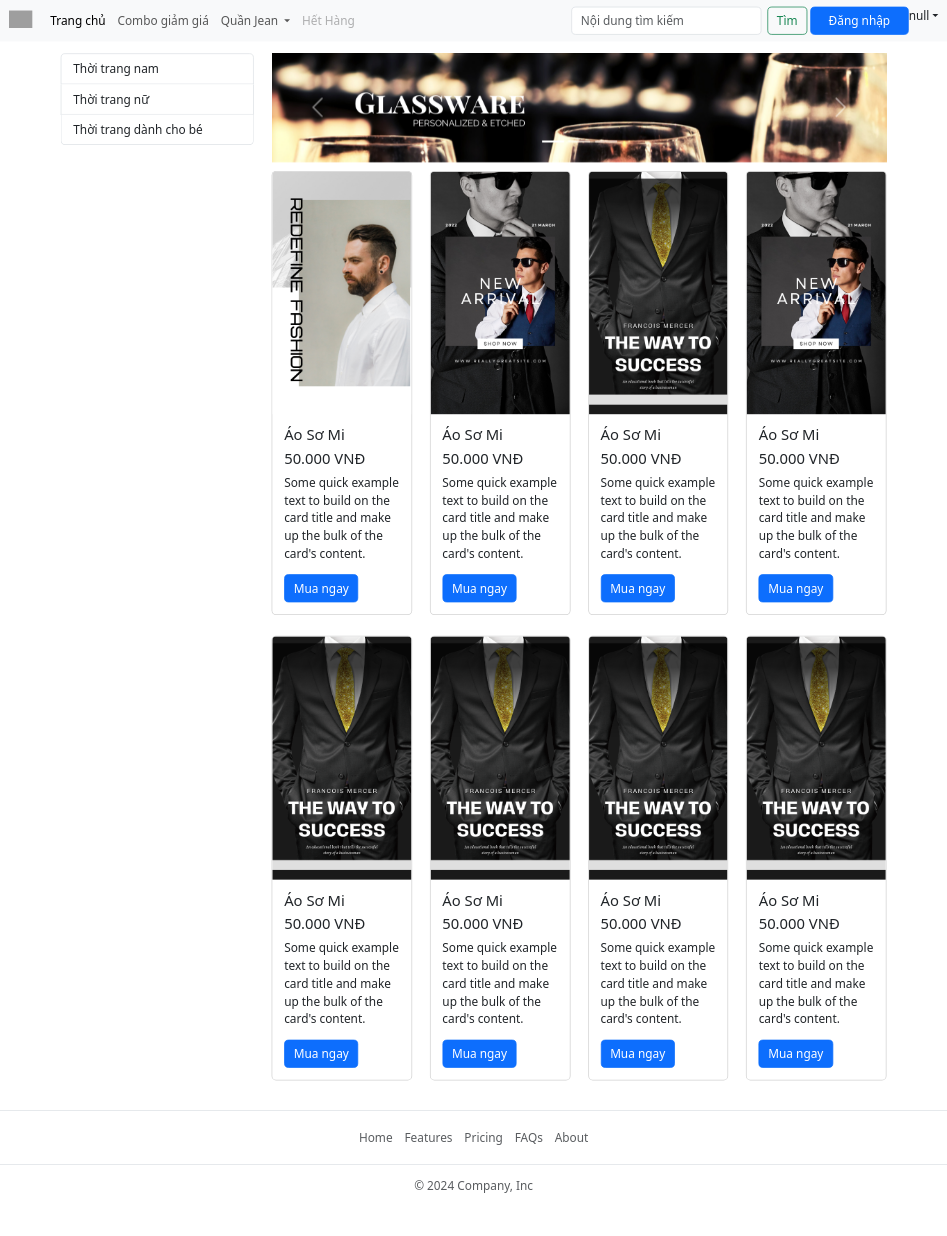
Repository: wuubangdev/bookstore-servlet-jsp
Page: http://localhost/Bai32_WebBanSach_/
These files come from the project's save history. The page is drawn as it stood at one moment and after a run of saves; the edit follows.
The browser window is 1280 px wide. The pictures show the whole page, at 74% of full size.
Pictures or frames that could not be fetched are drawn as grey boxes. The page is served by Tomcat 9. Other server files are loaded and not shown.

Above is the page before, as saved 2024-03-24 10:26:25.

### Bai32_WebBanSach_/src/main/webapp/index.jsp
<%@ page language="java" contentType="text/html; charset=UTF-8"
    pageEncoding="UTF-8"%>
<!DOCTYPE html>
<html>
<head>
<meta charset="UTF-8">
<meta name="viewport" content="width=device-width, initial-scale=1">
<title>BookStrore</title>
<link
	href="https://cdn.jsdelivr.net/npm/bootstrap@5.3.3/dist/css/bootstrap.min.css"
	rel="stylesheet"
	integrity="sha384-QWTKZyjpPEjISv5WaRU9OFeRpok6YctnYmDr5pNlyT2bRjXh0JMhjY6hW+ALEwIH"
	crossorigin="anonymous">
<script
	src="https://cdn.jsdelivr.net/npm/bootstrap@5.3.3/dist/js/bootstrap.bundle.min.js"
	integrity="sha384-YvpcrYf0tY3lHB60NNkmXc5s9fDVZLESaAA55NDzOxhy9GkcIdslK1eN7N6jIeHz"
	crossorigin="anonymous">
</script>
</head>
<body>
	<!-- Navbar -->
	<nav class="navbar navbar-expand-lg bg-body-tertiary">
		<div class="container-fluid">
			<a class="navbar-brand" href="#"> <img
				src="https://titv.vn/wp-content/uploads/2023/10/Screenshot-2023-01-29-230321.png"
				alt="Logo" height="24" class="d-inline-block align-text-top">
			</a>
			<button class="navbar-toggler" type="button"
				data-bs-toggle="collapse" data-bs-target="#navbarSupportedContent"
				aria-controls="navbarSupportedContent" aria-expanded="false"
				aria-label="Toggle navigation">
				<span class="navbar-toggler-icon"></span>
			</button>
			<div class="collapse navbar-collapse" id="navbarSupportedContent">
				<ul class="navbar-nav me-auto mb-2 mb-lg-0">
					<li class="nav-item"><a class="nav-link active"
						aria-current="page" href="#">Trang chủ</a></li>
					<li class="nav-item"><a class="nav-link" href="#">Combo
							giảm giá</a></li>
					<li class="nav-item dropdown"><a
						class="nav-link dropdown-toggle" href="#" role="button"
						data-bs-toggle="dropdown" aria-expanded="false"> Quần Jean </a>
						<ul class="dropdown-menu">
							<li><a class="dropdown-item" href="#">Áo Thung</a></li>
							<li><a class="dropdown-item" href="#">Áo Sơ Mi</a></li>
							<li><hr class="dropdown-divider"></li>
							<li><a class="dropdown-item" href="#">Váy</a></li>
						</ul></li>
					<li class="nav-item"><a class="nav-link disabled"
						aria-disabled="true">Hết Hàng</a></li>
				</ul>
				<form class="d-flex" role="search">
					<input class="form-control me-2" type="search"
						placeholder="Nội dung tìm kiếm" aria-label="Search">
					<button class="btn btn-outline-success" type="submit">Tìm</button>
					<%
						String userName = session.getAttribute("userName")+"";
						if(userName.equals("null")){
					%>
					<a class="btn btn-primary px-4" style="white-space: nowrap; margin-left: 4px;" href="login.jsp">Đăng nhập</a>
					<%} else { %>
					<%} %>
					<div class=" userInfo nav-item dropdown"><a
						class="nav-link dropdown-toggle" href="#" role="button"
						data-bs-toggle="dropdown" aria-expanded="false"><%=userName%></a>
						<ul class="dropdown-menu">
							<li><a class="dropdown-item" href="#">Đổi mật khẩu</a></li>
							<li><a class="dropdown-item" href="#">Đổi thông tin tài khoản</a></li>
							<li><a class="dropdown-item" href="#">Thông báo</a></li>
							<li><a class="dropdown-item" href="#">Giỏ hàng</a></li>
							<li><hr class="dropdown-divider"></li>
							<li><a class="dropdown-item" href="#">Thoát</a></li>
						</ul>
					</div>
				</form>
			</div>
		</div>
	</nav>
	<!-- End Navbar -->
	<!-- Page content -->
	<div id="container" class="container" style="width: 100%">
		<div class="row">
			<!-- Menu left -->
			<div class="col-lg-3" style="padding-top: 16px">
				<div class="list-group">
				  <a href="#" class="list-group-item list-group-item-action" aria-current="true">Thời trang nam</a>
				  <a href="#" class="list-group-item list-group-item-action">Thời trang nữ</a>
				  <a href="#" class="list-group-item list-group-item-action">Thời trang dành cho bé</a>
				</div>
			</div>
			<!-- End Menu left -->

			<!-- Slider and product -->
			<div class="col-lg-9 pt-16" style="padding-top: 16px ">
				<!-- Slider -->
					<div id="carouselExampleIndicators" class="carousel slide">
					  <div class="carousel-indicators">
					    <button type="button" data-bs-target="#carouselExampleIndicators" data-bs-slide-to="0" class="active" aria-current="true" aria-label="Slide 1"></button>
					    <button type="button" data-bs-target="#carouselExampleIndicators" data-bs-slide-to="1" aria-label="Slide 2"></button>
					    <button type="button" data-bs-target="#carouselExampleIndicators" data-bs-slide-to="2" aria-label="Slide 3"></button>
					  </div>
					  <div class="carousel-inner">
					    <div class="carousel-item active">
					      <img src="img/slider/slider_1.png" class="d-block w-100" alt="...">
					    </div>
					    <div class="carousel-item">
					      <img src="img/slider/slider_2.png" class="d-block w-100" alt="...">
					    </div>
					    <div class="carousel-item">
					      <img src="img/slider/slider_3.png" class="d-block w-100" alt="...">
					    </div>
					  </div>
					  <button class="carousel-control-prev" type="button" data-bs-target="#carouselExampleIndicators" data-bs-slide="prev">
					    <span class="carousel-control-prev-icon" aria-hidden="true"></span>
					    <span class="visually-hidden">Previous</span>
					  </button>
					  <button class="carousel-control-next" type="button" data-bs-target="#carouselExampleIndicators" data-bs-slide="next">
					    <span class="carousel-control-next-icon" aria-hidden="true"></span>
					    <span class="visually-hidden">Next</span>
					  </button>
					</div>
				<!-- End Slider -->
				<!-- Product -->
				<div class="row">
					<div class="col-lg-3 col-md-6 col-sm-12 mb-3" style="margin-top: 12px">
						<div class="card" style="width: 100%;">
						  <img src="img/product/pro1.png" class="card-img-top">
						  <div class="card-body">
						    <h5 class="card-title">Áo Sơ Mi</h5>
						    <h5 class="card-title">50.000 VNĐ</h5>
						    <p class="card-text">Some quick example text to build on the card title and make up the bulk of the card's content.</p>
						    <a href="#" class="btn btn-primary">Mua ngay</a>
						  </div>
						</div>
					</div>
					<div class="col-lg-3 col-md-6 col-sm-12 mb-3" style="margin-top: 12px">
						<div class="card" style="width: 100%;">
						  <img src="img/product/pro3.png" class="card-img-top">
						  <div class="card-body">
						    <h5 class="card-title">Áo Sơ Mi</h5>
						    <h5 class="card-title">50.000 VNĐ</h5>
						    <p class="card-text">Some quick example text to build on the card title and make up the bulk of the card's content.</p>
						    <a href="#" class="btn btn-primary">Mua ngay</a>
						  </div>
						</div>
					</div>
					<div class="col-lg-3 col-md-6 col-sm-12 mb-3" style="margin-top: 12px">
						<div class="card" style="width: 100%;">
						  <img src="img/product/pro2.png" class="card-img-top">
						  <div class="card-body">
						    <h5 class="card-title">Áo Sơ Mi</h5>
						    <h5 class="card-title">50.000 VNĐ</h5>
						    <p class="card-text">Some quick example text to build on the card title and make up the bulk of the card's content.</p>
						    <a href="#" class="btn btn-primary">Mua ngay</a>
						  </div>
						</div>
					</div>
					<div class="col-lg-3 col-md-6 col-sm-12 mb-3" style="margin-top: 12px">
						<div class="card" style="width: 100%;">
						  <img src="img/product/pro3.png" class="card-img-top">
						  <div class="card-body">
						    <h5 class="card-title">Áo Sơ Mi</h5>
						    <h5 class="card-title">50.000 VNĐ</h5>
						    <p class="card-text">Some quick example text to build on the card title and make up the bulk of the card's content.</p>
						    <a href="#" class="btn btn-primary">Mua ngay</a>
						  </div>
						</div>
					</div>
					<div class="col-lg-3 col-md-6 col-sm-12 mb-3" style="margin-top: 12px">
						<div class="card" style="width: 100%;">
						  <img src="img/product/pro2.png" class="card-img-top">
						  <div class="card-body">
						    <h5 class="card-title">Áo Sơ Mi</h5>
						    <h5 class="card-title">50.000 VNĐ</h5>
						    <p class="card-text">Some quick example text to build on the card title and make up the bulk of the card's content.</p>
						    <a href="#" class="btn btn-primary">Mua ngay</a>
						  </div>
						</div>
					</div>
					<div class="col-lg-3 col-md-6 col-sm-12 mb-3" style="margin-top: 12px">
						<div class="card" style="width: 100%;">
						  <img src="img/product/pro2.png" class="card-img-top">
						  <div class="card-body">
						    <h5 class="card-title">Áo Sơ Mi</h5>
						    <h5 class="card-title">50.000 VNĐ</h5>
						    <p class="card-text">Some quick example text to build on the card title and make up the bulk of the card's content.</p>
						    <a href="#" class="btn btn-primary">Mua ngay</a>
						  </div>
						</div>
					</div>
					<div class="col-lg-3 col-md-6 col-sm-12 mb-3" style="margin-top: 12px">
						<div class="card" style="width: 100%;">
						  <img src="img/product/pro2.png" class="card-img-top">
						  <div class="card-body">
						    <h5 class="card-title">Áo Sơ Mi</h5>
						    <h5 class="card-title">50.000 VNĐ</h5>
						    <p class="card-text">Some quick example text to build on the card title and make up the bulk of the card's content.</p>
						    <a href="#" class="btn btn-primary">Mua ngay</a>
						  </div>
						</div>
					</div>
					<div class="col-lg-3 col-md-6 col-sm-12 mb-3" style="margin-top: 12px">
						<div class="card" style="width: 100%;">
						  <img src="img/product/pro2.png" class="card-img-top">
						  <div class="card-body">
						    <h5 class="card-title">Áo Sơ Mi</h5>
						    <h5 class="card-title">50.000 VNĐ</h5>
						    <p class="card-text">Some quick example text to build on the card title and make up the bulk of the card's content.</p>
						    <a href="#" class="btn btn-primary">Mua ngay</a>
						  </div>
						</div>
					</div>
				</div>
				<!-- End Product -->
			</div>
			<!-- End Slider and product -->
		</div>
	</div>
	<!-- End Page content -->
	<!-- Page footer -->
	<footer class="py-3 my-4 border-top">
	    <ul class="nav justify-content-center border-bottom pb-3 mb-3">
	      <li class="nav-item"><a href="#" class="nav-link px-2 text-body-secondary">Home</a></li>
	      <li class="nav-item"><a href="#" class="nav-link px-2 text-body-secondary">Features</a></li>
	      <li class="nav-item"><a href="#" class="nav-link px-2 text-body-secondary">Pricing</a></li>
	      <li class="nav-item"><a href="#" class="nav-link px-2 text-body-secondary">FAQs</a></li>
	      <li class="nav-item"><a href="#" class="nav-link px-2 text-body-secondary">About</a></li>
	    </ul>
	    <p class="text-center text-body-secondary">© 2024 Company, Inc</p>
 	 </footer>
	<!-- End Page footer -->
</body>
</html>

After the next 2 saves:
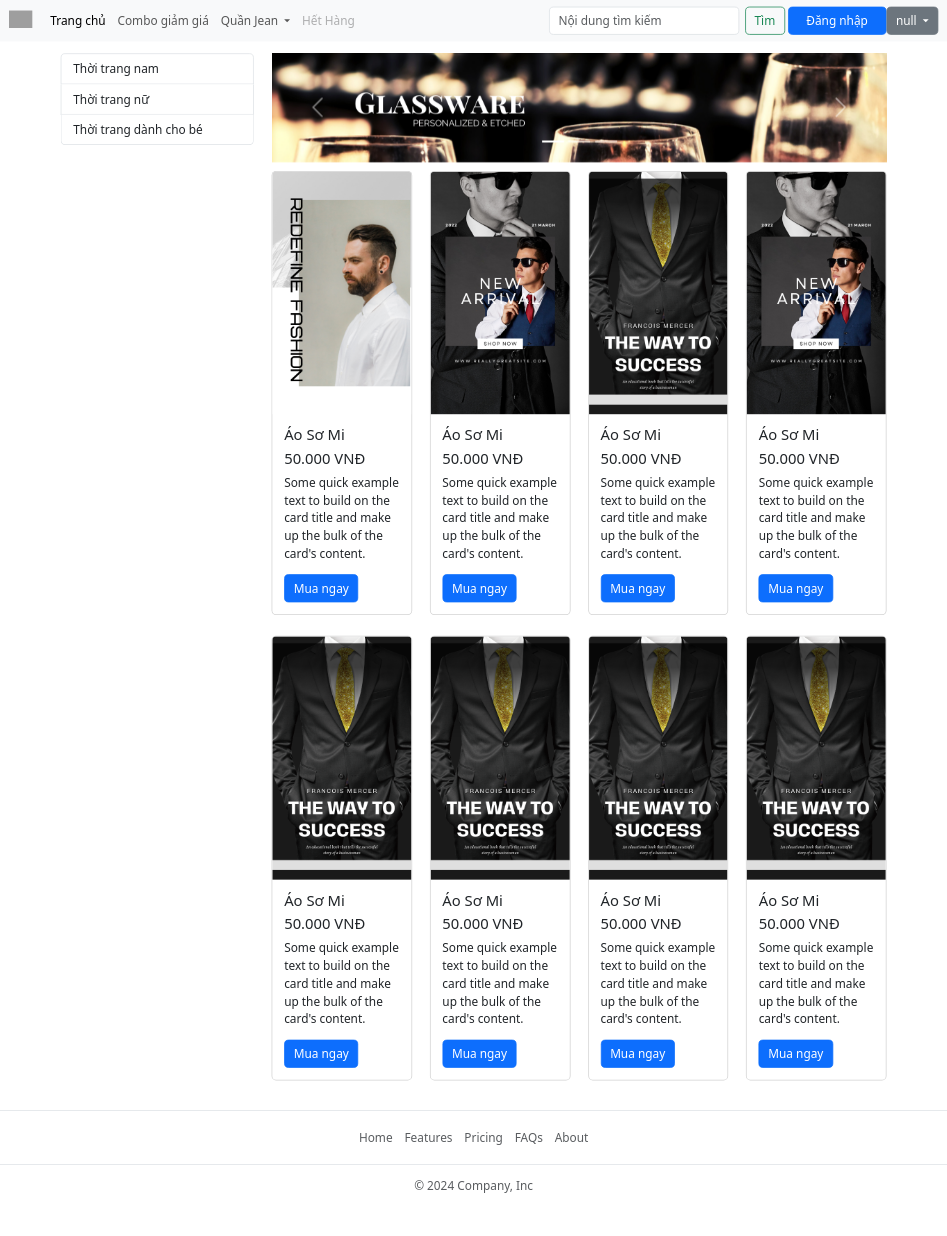
The 2 saves are shown as one change because they came seconds apart.
The last was saved 114 s later.
--- a/Bai32_WebBanSach_/src/main/webapp/index.jsp
+++ b/Bai32_WebBanSach_/src/main/webapp/index.jsp
@@ -60,17 +60,15 @@
 					<a class="btn btn-primary px-4" style="white-space: nowrap; margin-left: 4px;" href="login.jsp">Đăng nhập</a>
 					<%} else { %>
 					<%} %>
-					<div class=" userInfo nav-item dropdown"><a
-						class="nav-link dropdown-toggle" href="#" role="button"
-						data-bs-toggle="dropdown" aria-expanded="false"><%=userName%></a>
-						<ul class="dropdown-menu">
-							<li><a class="dropdown-item" href="#">Đổi mật khẩu</a></li>
-							<li><a class="dropdown-item" href="#">Đổi thông tin tài khoản</a></li>
-							<li><a class="dropdown-item" href="#">Thông báo</a></li>
-							<li><a class="dropdown-item" href="#">Giỏ hàng</a></li>
-							<li><hr class="dropdown-divider"></li>
-							<li><a class="dropdown-item" href="#">Thoát</a></li>
-						</ul>
+					<div class="dropdown">
+					  <button class="btn btn-secondary dropdown-toggle" type="button" data-bs-toggle="dropdown" aria-expanded="false">
+					    <%=userName%>
+					  </button>
+					  <ul class="dropdown-menu">
+					    <li><a class="dropdown-item" href="#">Action</a></li>
+					    <li><a class="dropdown-item" href="#">Another action</a></li>
+					    <li><a class="dropdown-item" href="#">Something else here</a></li>
+					  </ul>
 					</div>
 				</form>
 			</div>
